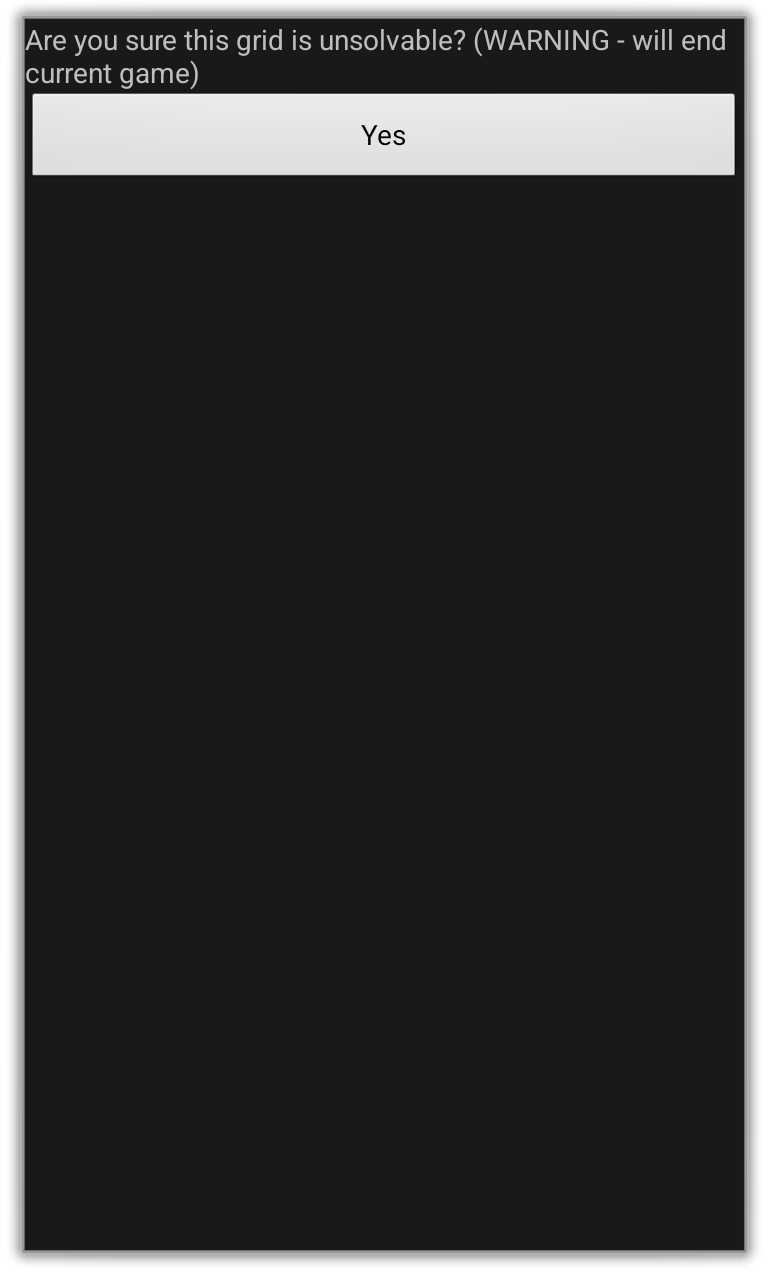
Repository: rickydalziel/project
Layout: Numbersorter/res/layout/activity_unsolve_dialog.xml
The author's editor kept a copy of each file at every save. The layout is drawn from the files as they stood at one save, then again after the next save.
It is drawn on a 768 x 1280 px phone screen (xhdpi) without system bars, with theme android:Theme.Dialog; the app's code is not run.

Above is the layout before, as saved 2013-03-07 13:18:40.

### Numbersorter/res/layout/activity_unsolve_dialog.xml
<RelativeLayout xmlns:android="http://schemas.android.com/apk/res/android"
    xmlns:tools="http://schemas.android.com/tools"
    android:layout_width="match_parent"
    android:layout_height="match_parent"
    tools:context=".UnsolveDialog" >



    <TableLayout
       	android:layout_height="wrap_content"
        android:layout_width="wrap_content"
        android:layout_gravity="center"
        android:stretchColumns="*">

        <TableRow>

		    <TextView
		        android:layout_width="wrap_content"
		        android:layout_height="wrap_content"
		        android:layout_centerHorizontal="true"
		        android:layout_centerVertical="true"
		        android:text="@string/unsolveable" />

        </TableRow>

      	<TableRow>

	        <Button
	            android:id="@+id/unsolve_yes_button"
	            android:layout_width="fill_parent"
	            android:layout_height="fill_parent"
	            android:text="@string/yes"
	            android:onClick="yesPressed"/>

	         <Button
	            android:id="@+id/unsolve_cancel_button"
	            android:layout_width="fill_parent"
	            android:layout_height="fill_parent"
	            android:text="@string/cancel"
	            android:onClick="cancelPressed"  />

	    </TableRow>


    </TableLayout>

</RelativeLayout>

### Numbersorter/res/values/strings.xml
<?xml version="1.0" encoding="utf-8"?>
<resources>

    <!-- Main menu strings -->

    <string name="app_name">Numbersorter</string>
    <string name="main_menu">Main Menu</string>
    <string name="menu_settings">Settings</string>
    <string name="title_activity_main">Number Sorter</string>
    <string name="new_game">New Game</string>
    <string name="continue_game">Continue</string>
    <string name="about">About</string>
    <string name="exit_game">Exit</string>

    <!-- About scree strings -->

    <string name="about_app">About Numbersorter</string>
    <string name="about_text">	    Numbersorter is a program written and desgned by Ricky Dalziel, for his 4th year honours project.
	    The aim of the game is to swipe a mxn grid of numbers into position so that they read from 1 - (m*n).
	</string>
    <string name="hello_world">Hello world!</string>
    <string name="title_activity_about">AboutActivity</string>

    <!-- New game dialog strings -->

    <string name="newgametext">Please select a board width and height</string>
    <string name="height">Height</string>
    <string name="width">Width</string>
    <string name="cancel">Cancel</string>

    <!-- Array options for the dialog box -->

    <string-array name="size_array">
        <item>3</item>
        <item>4</item>
        <item>5</item>
        <item>6</item>
    </string-array>

    <string name="title_activity_game">Game</string>
    <string name="title_activity_unsolve_dialog">Unsolveable?</string>
    <string name="unsolveable">Are you sure this grid is unsolvable? (WARNING -  will end current game)</string>
    <string name="yes">Yes</string>
    <string name="no">No</string>

</resources>

After the next save:
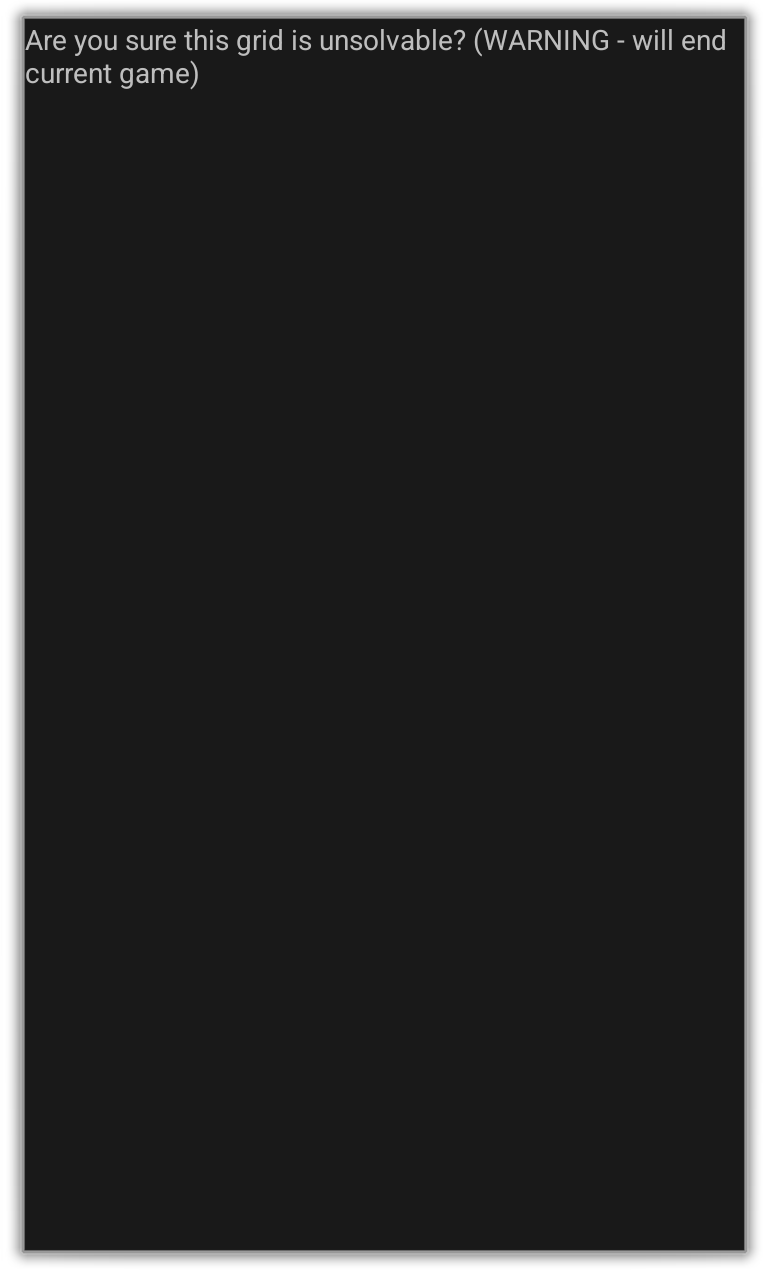
Saved 84 s later.
--- a/Numbersorter/res/layout/activity_unsolve_dialog.xml
+++ b/Numbersorter/res/layout/activity_unsolve_dialog.xml
@@ -1,10 +1,13 @@
-<RelativeLayout xmlns:android="http://schemas.android.com/apk/res/android"
+<LinearLayout xmlns:android="http://schemas.android.com/apk/res/android"
     xmlns:tools="http://schemas.android.com/tools"
     android:layout_width="match_parent"
     android:layout_height="match_parent"
     tools:context=".UnsolveDialog" >
 
-
+      <TextView
+		        android:layout_width="wrap_content"
+		        android:layout_height="wrap_content"
+		        android:text="@string/unsolveable" />
 
     <TableLayout
        	android:layout_height="wrap_content"
@@ -12,16 +15,9 @@
         android:layout_gravity="center"
         android:stretchColumns="*">
 
-        <TableRow>
 
-		    <TextView
-		        android:layout_width="wrap_content"
-		        android:layout_height="wrap_content"
-		        android:layout_centerHorizontal="true"
-		        android:layout_centerVertical="true"
-		        android:text="@string/unsolveable" />
 
-        </TableRow>
+
 
       	<TableRow>
 
@@ -44,4 +40,4 @@
 
     </TableLayout>
 
-</RelativeLayout>
+</LinearLayout>
